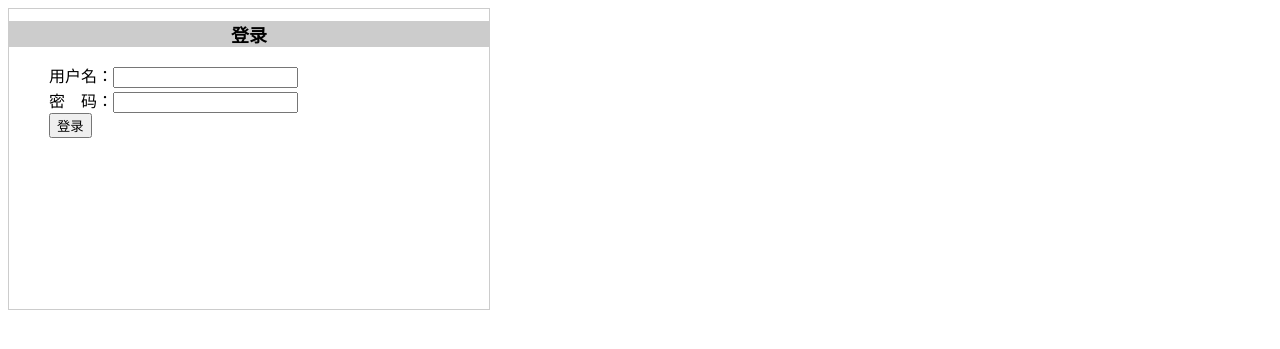
Repository: jiangrongbo/mybatis-blog
Page: http://localhost/exam3/
The author's editor kept a copy of each file at every save. The page is drawn from the files as they stood at one save, then again after the next save.
The browser window is 1280 px wide. The pictures show the whole page.
The page is served by Tomcat 9.

Above is the page before, as saved 2015-06-28 13:16:27.

After the next save:
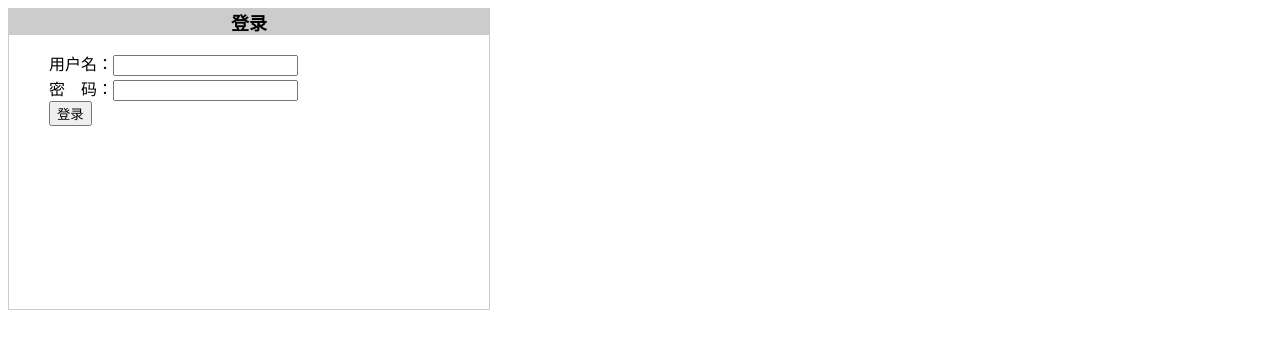
Saved 20 s later.
--- a/exam3/WebContent/index.jsp
+++ b/exam3/WebContent/index.jsp
@@ -15,6 +15,7 @@ border:1px solid #ccc;
 background:#ccc;
 font-size:18px;
 text-align: center;
+margin-top:0px;
 }
 #login ul{
 list-style-type: none;
